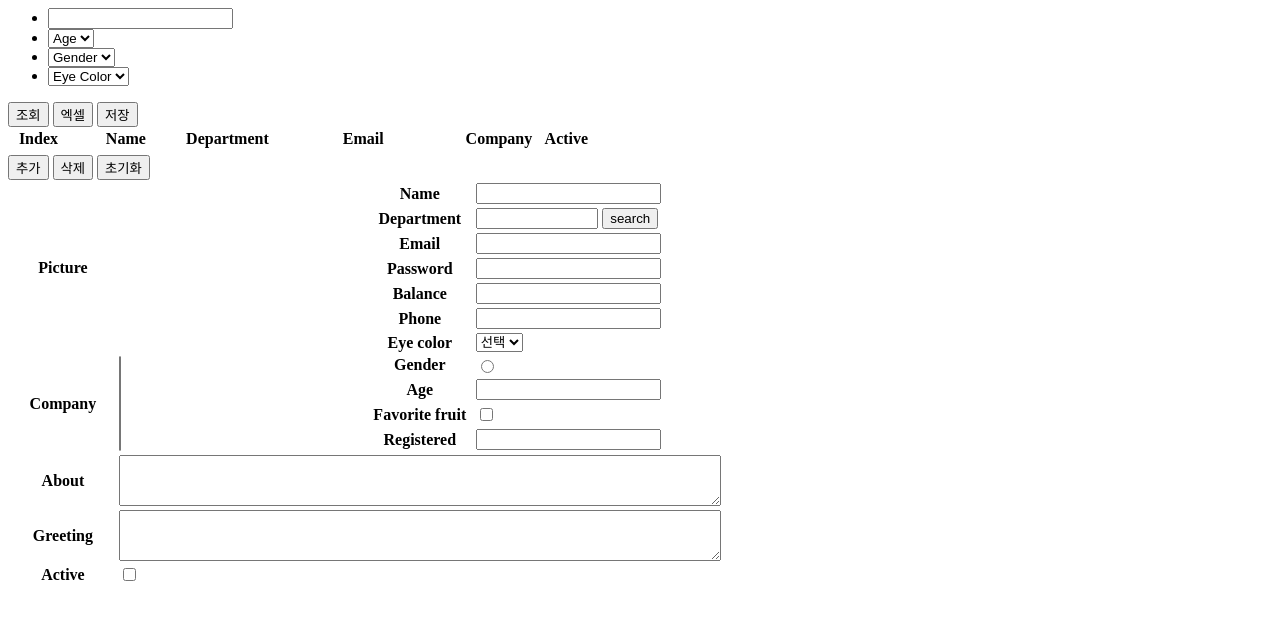
Repository: bbalganjjm/natural_js_boot
Page: src/main/resources/static/html/com/app/sample/type0402.html
The author's editor kept a copy of each file at every save. The page is drawn from the files as they stood at one save, then again after the next save.
The browser window is 1280 px wide. The pictures show the whole page.

Above is the page before, as saved 2021-03-17 15:21:52.
Console error: ReferenceError: N is not defined

After the next save:
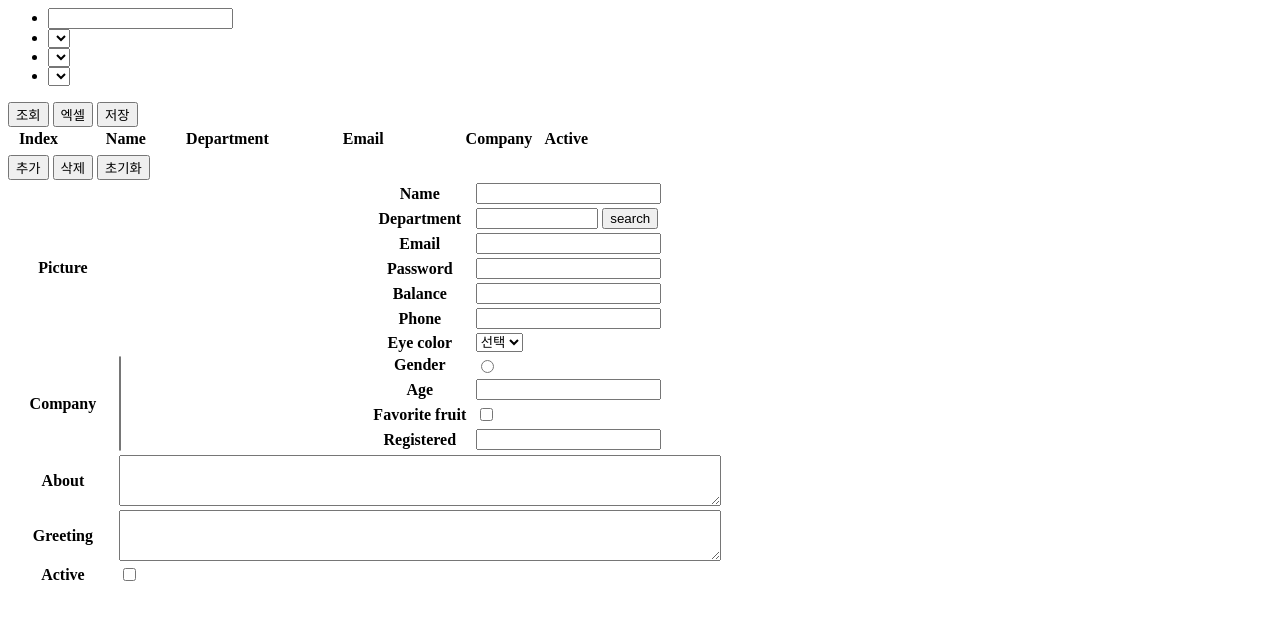
Saved 55 s later.
--- a/src/main/resources/static/html/com/app/sample/type0402.html
+++ b/src/main/resources/static/html/com/app/sample/type0402.html
@@ -3,9 +3,9 @@
         <div class="criteria-panel">
             <ul>
                 <li><input id="name" type="text" class="mdc-text-field" data-type="filled" data-label="Name"></li>
-                <li><select id="age"><option value="">Age</option></select></li>
-                <li><select id="gender"><option value="">Gender</option></select></li>
-                <li><select id="eyeColor"><option value="">Eye Color</option></select></li>
+                <li><select id="age" class="mdc-njs-select" data-label="Age"><option value=""></option></select></li>
+                <li><select id="gender" class="mdc-njs-select" data-label="Gender"><option value=""></option></select></li>
+                <li><select id="eyeColor" class="mdc-njs-select" data-label="Eye Color"><option value=""></option></select></li>
             </ul>
         </div>
     </div>
